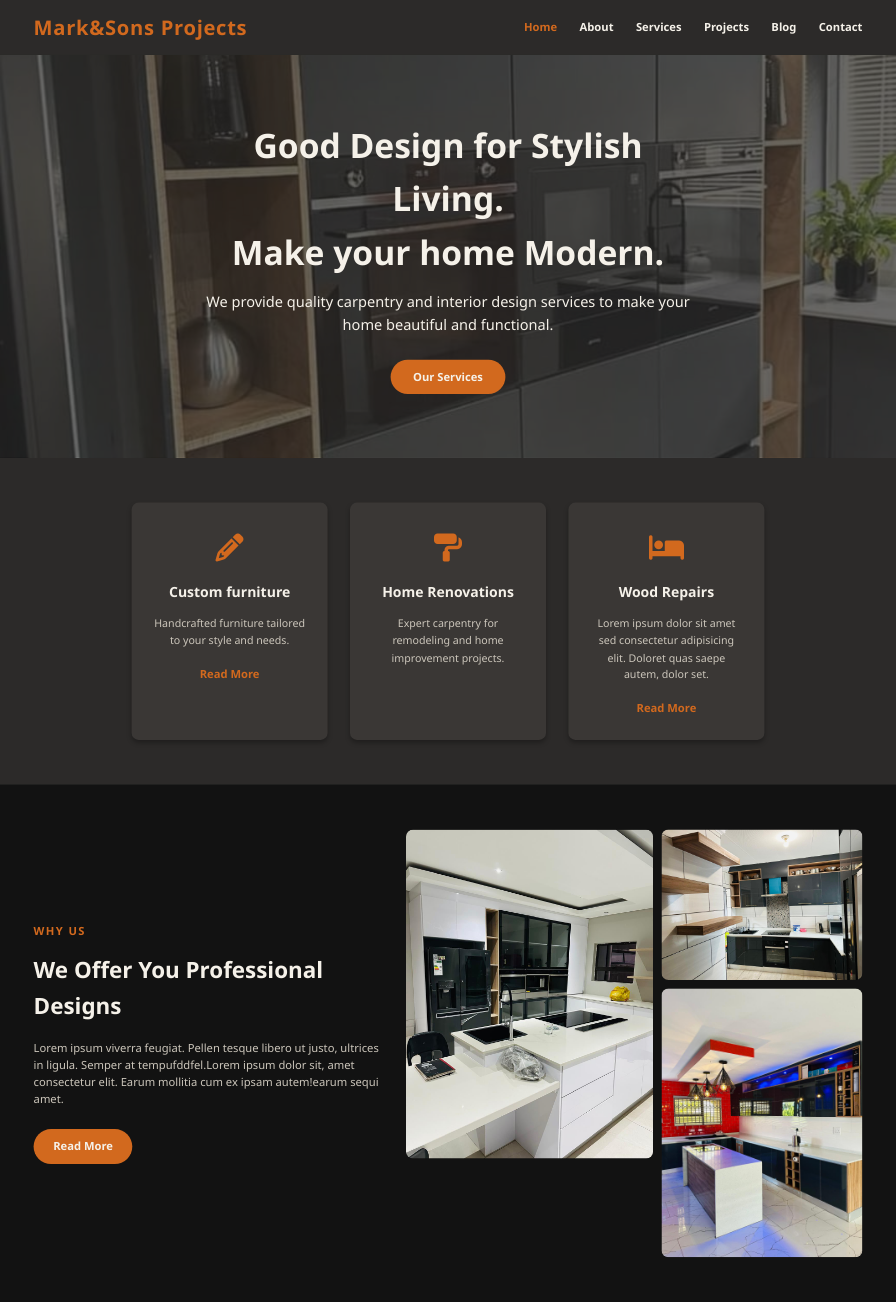
Repository: VallowEvido/Mark-SonsProjects
Page: home.html
The author's editor kept a copy of each file at every save. The page is drawn from the files as they stood at one save, then again after the next save.
The browser window is 1280 px wide. The pictures show the whole page, at 70% of full size.

Above is the page before, as saved 2025-07-17 15:01:09.

### home.html
<!DOCTYPE html>
<html lang="en">
<head>
  <meta charset="UTF-8" />
  <meta name="viewport" content="width=device-width, initial-scale=1" />
  <title>Home Interior - Carpentry</title>
  <link rel="stylesheet" href="styles.css" />
  <link rel="stylesheet" href="https://cdnjs.cloudflare.com/ajax/libs/font-awesome/6.4.0/css/all.min.css" />
</head>
<body>
  <nav>
    <div class="logo">Mark&Sons Projects</div>
    <ul>
      <li><a href="#" class="active">Home</a></li>
      <li><a href="#">About</a></li>
      <li><a href="#">Services</a></li>
      <li><a href="#">Projects</a></li>
      <li><a href="#">Blog</a></li>
      <li><a href="#">Contact</a></li>
    </ul>
  </nav>

  <section class="hero">
    <div class="hero-content">
      <h1>Good Design for Stylish Living.<br />Make your home Modern.</h1>
      <p>We provide quality carpentry and interior design services to make your home beautiful and functional.</p>
      <a href="#services" class="btn">Our Services</a>
    </div>
  </section>

  <section id="services" class="services">
    <div class="service-card">
      <div class="service-icon"><i class="fas fa-pencil-alt"></i></div>
      <h3>Custom furniture</h3>
      <p>Handcrafted furniture tailored to your style and needs.</p>
      <a href="#">Read More</a>
    </div>
    <div class="service-card">
      <div class="service-icon"><i class="fas fa-paint-roller"></i></div>
      <h3>Home Renovations</h3>
      <p>Expert carpentry for remodeling and home improvement projects.</p>
    </div>
    <div class="service-card">
      <div class="service-icon"><i class="fas fa-bed"></i></div>
      <h3>Wood Repairs</h3>
      <p>Lorem ipsum dolor sit amet sed consectetur adipisicing elit. Doloret quas saepe autem, dolor set.</p>
      <a href="#">Read More</a>
    </div>
  </section>

  <section class="why-us">
    <div class="why-us-content">
      <h5>WHY US</h5>
      <h2>We Offer You Professional Designs</h2>
      <p>Lorem ipsum viverra feugiat. Pellen tesque libero ut justo, ultrices in ligula. Semper at tempufddfel.Lorem ipsum dolor sit, amet consectetur elit. Earum mollitia cum ex ipsam autem!earum sequi amet.</p>
      <a href="#" class="btn btn-pink">Read More</a>
    </div>
    <div class="why-us-images">
      <div class="large-image">
        <img src="images/kitchen/IMG-20241116-WA0012.jpg" alt="Interior Design 1" />
      </div>
      <div class="small-images">
        <img src="images/kitchen/IMG-20241116-WA0014.jpg" alt="Interior Design 2" />
        <img src="images/kitchen/IMG-20241116-WA0015.jpg" alt="Interior Design 3" />
      </div>
    </div>
  </section>
</body>
</html>

### styles.css
/* General Reset and Base */
* {
  margin: 0;
  padding: 0;
  box-sizing: border-box;
  font-family: 'Segoe UI', Tahoma, Geneva, Verdana, sans-serif;
}

body {
  background-color: #1e1e1e; /* Dark background */
  color: #f5f1e9; /* Light beige text */
  line-height: 1.6;
}

/* Navigation Bar */
nav {
  background-color: #2c2a29; /* Dark charcoal */
  display: flex;
  justify-content: space-between;
  align-items: center;
  padding: 1rem 3rem;
  position: sticky;
  top: 0;
  z-index: 1000;
}

nav .logo {
  font-size: 1.8rem;
  font-weight: bold;
  color: #d2691e; /* Warm brown */
  letter-spacing: 1px;
}

nav ul {
  list-style: none;
  display: flex;
  gap: 2rem;
}

nav ul li a {
  color: #f5f1e9;
  text-decoration: none;
  font-weight: 600;
  transition: color 0.3s ease;
}

nav ul li a:hover,
nav ul li a.active {
  color: #d2691e; /* Warm brown highlight */
}

/* Hero Section */
.hero {
  background: url('images/kitchen/kich.jpg') no-repeat center center/cover;
  height: 80vh;
  display: flex;
  flex-direction: column;
  justify-content: center;
  align-items: center;
  text-align: center;
  padding: 0 2rem;
  position: relative;
}

.hero::after {
  content: "";
  position: absolute;
  top: 0; left: 0; right: 0; bottom: 0;
  background-color: rgba(44, 42, 41, 0.7); /* Overlay for readability */
  z-index: 1;
}

.hero-content {
  position: relative;
  z-index: 2;
  color: #f5f1e9;
  max-width: 700px;
}

.hero-content h1 {
  font-size: 3rem;
  margin-bottom: 1rem;
  font-weight: 700;
}

.hero-content p {
  font-size: 1.3rem;
  margin-bottom: 2rem;
}

.hero-content .btn {
  background-color: #d2691e;
  color: #f5f1e9;
  padding: 0.75rem 2rem;
  border: none;
  border-radius: 25px;
  font-size: 1rem;
  cursor: pointer;
  font-weight: 600;
  transition: background-color 0.3s ease;
  text-decoration: none;
  display: inline-block;
}

.hero-content .btn:hover {
  background-color: #b35414;
}

/* Services Section */
.services {
  background-color: #2c2a29;
  padding: 4rem 2rem;
  display: flex;
  justify-content: center;
  gap: 2rem;
  flex-wrap: wrap;
}

.service-card {
  background-color: #3a3735;
  padding: 2rem;
  border-radius: 10px;
  width: 280px;
  text-align: center;
  box-shadow: 0 4px 8px rgba(0,0,0,0.3);
  transition: transform 0.3s ease;
}

.service-card:hover {
  transform: translateY(-10px);
}

.service-icon {
  font-size: 2.5rem;
  color: #d2691e;
  margin-bottom: 1rem;
}

.service-card h3 {
  margin-bottom: 1rem;
  font-size: 1.25rem;
  font-weight: 700;
}

.service-card p {
  font-size: 0.95rem;
  margin-bottom: 1.5rem;
  color: #ccc6bb;
}

.service-card a {
  color: #d2691e;
  font-weight: 600;
  text-decoration: none;
  border-bottom: 2px solid transparent;
  transition: border-color 0.3s ease;
}

.service-card a:hover {
  border-color: #d2691e;
}

/* Responsive */
@media (max-width: 900px) {
  .services {
    flex-direction: column;
    align-items: center;
  }
  .service-card {
    width: 90%;
    max-width: 400px;
  }
}

/* WHY US Section */
.why-us {
  background-color: #121212;
  color: #f5f1e9;
  display: flex;
  justify-content: space-between;
  align-items: center;
  padding: 4rem 3rem;
  gap: 2rem;
  flex-wrap: wrap;
}

.why-us-content {
  flex: 1 1 400px;
  max-width: 500px;
}

.why-us-content h5 {
  color: #d2691e;
  font-weight: 700;
  letter-spacing: 2px;
  margin-bottom: 1rem;
  font-size: 1rem;
}

.why-us-content h2 {
  font-size: 2rem;
  margin-bottom: 1.5rem;
  font-weight: 700;
}

.why-us-content p {
  font-size: 1rem;
  margin-bottom: 2rem;
  color: #ccc6bb;
  line-height: 1.5;
}

.why-us-content .btn-pink {
  background-color: #d2691e;
  padding: 0.75rem 1.75rem;
  border-radius: 25px;
  color: #f5f1e9;
  font-weight: 600;
  text-decoration: none;
  display: inline-block;
  transition: background-color 0.3s ease;
}

.why-us-content .btn-pink:hover {
  background-color: #b35414;
}

.why-us-images {
  flex: 1 1 300px;
  display: flex;
  gap: 0.75rem;
  flex-wrap: wrap;
  justify-content: center;
}

.large-image {
  flex: 1 1 50%;
  border-radius: 10px;
  overflow: hidden;
}

.large-image img {
  width: 100%;
  height: auto;
  display: block;
  border-radius: 10px;
}

.small-images {
  flex: 1 1 40%;
  display: flex;
  flex-direction: column;
  gap: 0.75rem;
}

.small-images img {
  width: 100%;
  height: auto;
  border-radius: 10px;
  display: block;
}

/* Responsive */
@media (max-width: 900px) {
  .why-us {
    flex-direction: column;
    padding: 2rem 1rem;
  }
  .why-us-content, .why-us-images {
    max-width: 100%;
    flex: 1 1 100%;
  }
  .large-image, .small-images {
    flex: 1 1 100%;
  }
  .small-images {
    flex-direction: row;
  }
  .small-images img {
    width: 50%;
  }
}

After the next save:
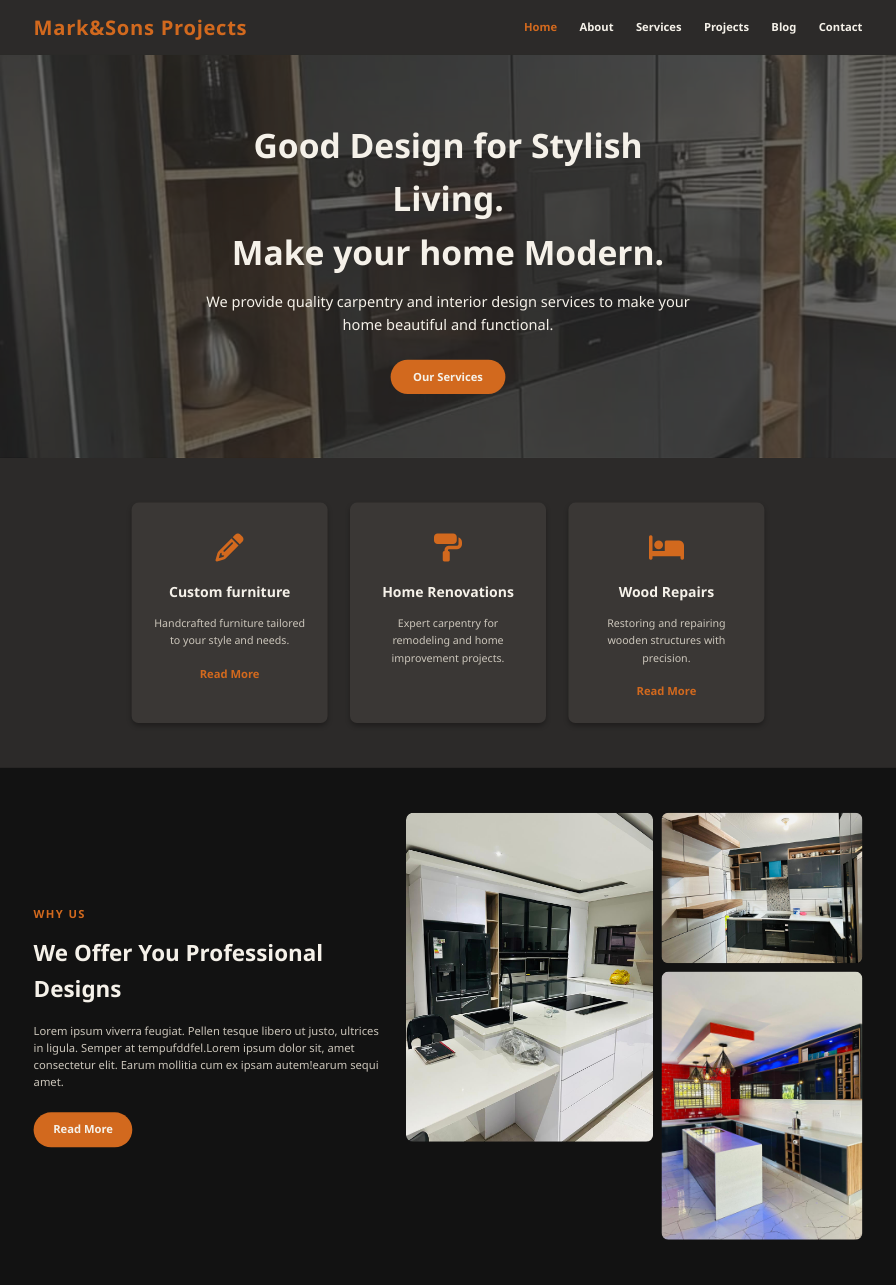
Saved 32 s later.
--- a/home.html
+++ b/home.html
@@ -43,7 +43,7 @@
     <div class="service-card">
       <div class="service-icon"><i class="fas fa-bed"></i></div>
       <h3>Wood Repairs</h3>
-      <p>Lorem ipsum dolor sit amet sed consectetur adipisicing elit. Doloret quas saepe autem, dolor set.</p>
+      <p>Restoring and repairing wooden structures with precision.</p>
       <a href="#">Read More</a>
     </div>
   </section>
